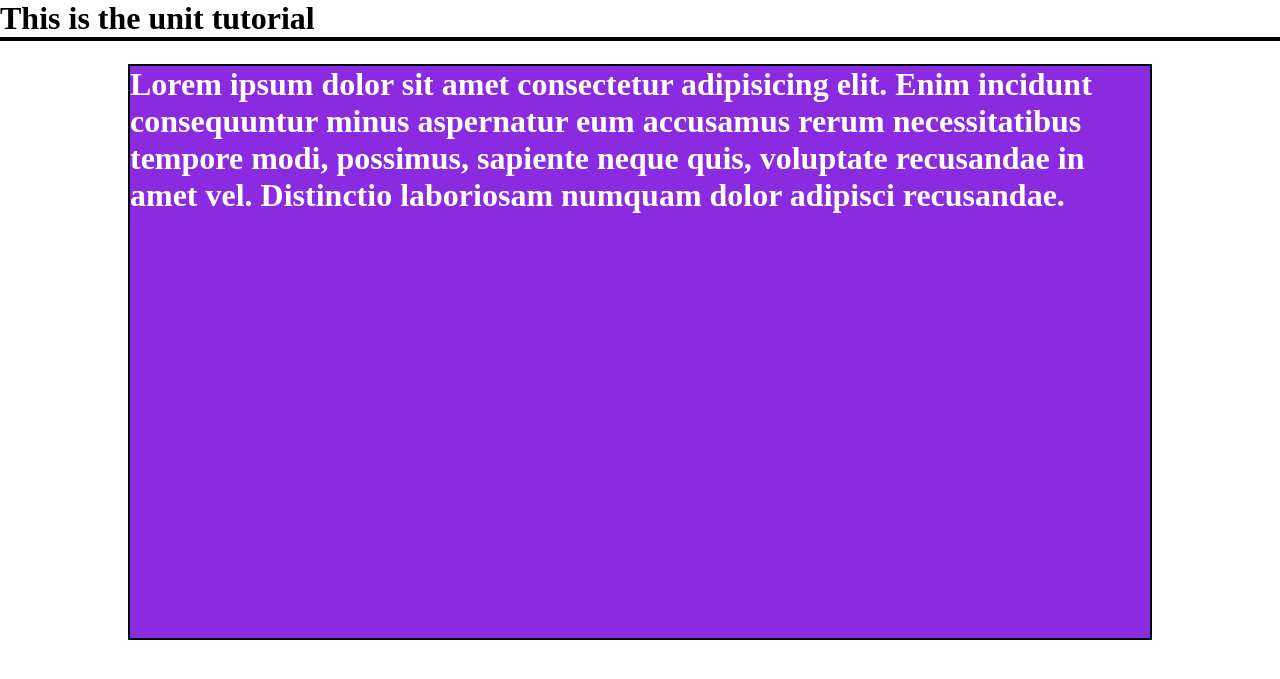
Repository: diensy/Web_dev
Page: Css/Units/units.html
The author's editor kept a copy of each file at every save. The page is drawn from the files as they stood at one save, then again after the next save.
The browser window is 1280 px wide. The pictures show the whole page.

Above is the page before, as saved 2024-05-23 22:24:26.

### Css/Units/units.html
<!DOCTYPE html>
<html lang="en">
  <head>
    <meta charset="UTF-8" />
    <meta name="viewport" content="width=device-width, initial-scale=1.0" />
    <title>Units</title>
    <link rel="stylesheet" href="units.css" />
  </head>
  <body>
    <h1>This is the unit tutorial</p>
    <p id="para">
      Lorem ipsum dolor sit amet consectetur adipisicing elit. Enim incidunt
      consequuntur minus aspernatur eum accusamus rerum necessitatibus tempore
      modi, possimus, sapiente neque quis, voluptate recusandae in amet vel.
      Distinctio laboriosam numquam dolor adipisci recusandae.
    </p>
  </body>
</html>

### Css/Units/units.css
* {
  margin: 0;
  padding: 0;
}

p {
  border: 2px solid black;
  box-sizing: border-box;
  /* width: 1280px; */
  width: 100vw;
  background-color: crimson;
  margin: auto;
}
#para {
  color: white;
  background-color: blueviolet;
  border: 2px solid black;
  box-sizing: border-box;
  margin: 23px auto;
  height: 80vh;
  width: 80vw;
}

After the next save:
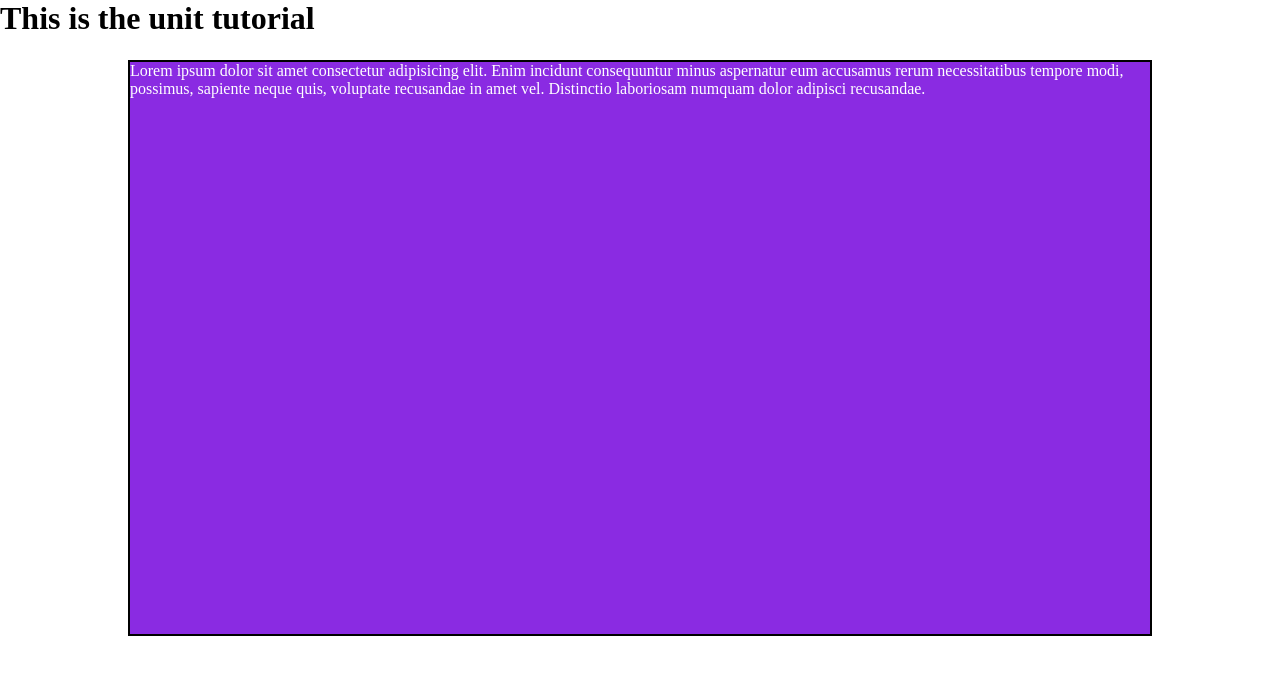
Saved 9 s later.
--- a/Css/Units/units.html
+++ b/Css/Units/units.html
@@ -7,7 +7,7 @@
     <link rel="stylesheet" href="units.css" />
   </head>
   <body>
-    <h1>This is the unit tutorial</p>
+    <h1>This is the unit tutorial</h1>
     <p id="para">
       Lorem ipsum dolor sit amet consectetur adipisicing elit. Enim incidunt
       consequuntur minus aspernatur eum accusamus rerum necessitatibus tempore
